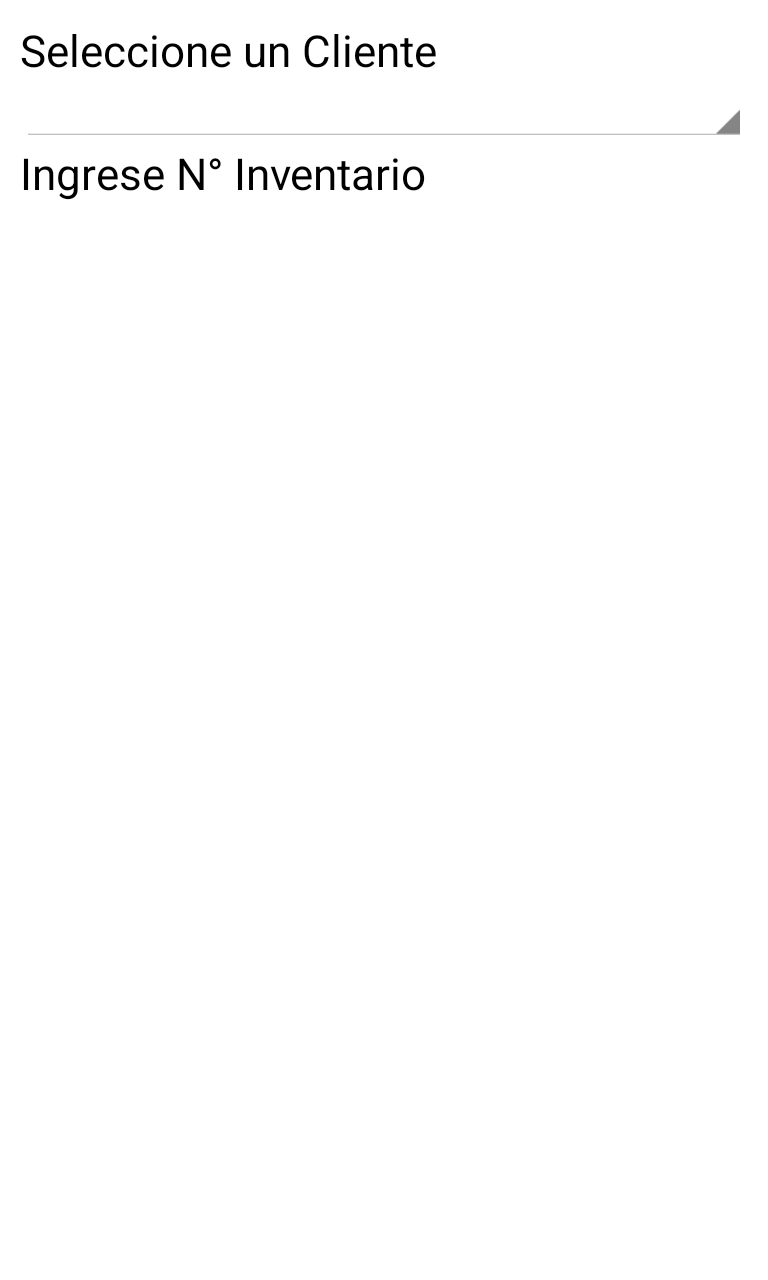
Repository: arodriguezp2003/aqandroid
Layout: BlueFlameWMS/res/layout/seleccioncliente.xml
The author's editor kept a copy of each file at every save. The layout is drawn from the files as they stood at one save, then again after the next save.
It is drawn on a 768 x 1280 px phone screen (xhdpi) without system bars, with theme AppTheme; the app's code is not run.

Above is the layout before, as saved 2014-06-20 18:54:35.

### BlueFlameWMS/res/layout/seleccioncliente.xml
<?xml version="1.0" encoding="utf-8"?>
<LinearLayout xmlns:android="http://schemas.android.com/apk/res/android"
    android:layout_width="match_parent"
    android:layout_height="match_parent"
    android:orientation="vertical"
    android:padding="10dp" >

  <TextView android:layout_width="fill_parent"

        android:layout_height="wrap_content"
       android:textAppearance="?android:attr/textAppearanceLarge"
        android:text="Seleccione un Cliente"/>

    <Spinner android:id="@+id/spinClientes"
        android:layout_width="fill_parent"
        android:layout_height="wrap_content"/>

    <TextView android:layout_width="fill_parent"

        android:layout_height="wrap_content"
       android:textAppearance="?android:attr/textAppearanceLarge"
        android:text="Ingrese N° Inventario"/>

</LinearLayout>

Loaded but not shown: BlueFlameWMS/res/values/styles.xml (common file); BlueFlameWMS/res/values-v11/styles.xml (common file); BlueFlameWMS/res/values-v14/styles.xml (common file)

After the next save:
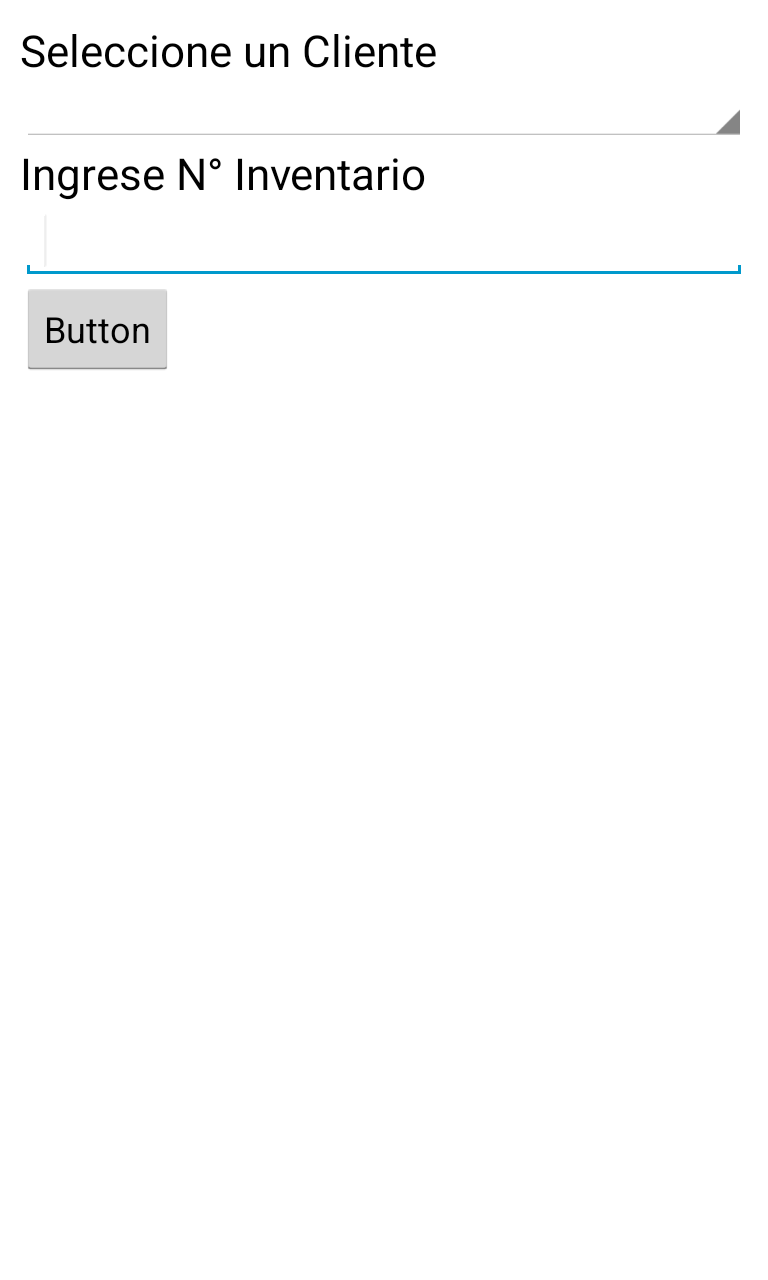
Saved 36 s later.
--- a/BlueFlameWMS/res/layout/seleccioncliente.xml
+++ b/BlueFlameWMS/res/layout/seleccioncliente.xml
@@ -21,4 +21,20 @@
        android:textAppearance="?android:attr/textAppearanceLarge"
         android:text="Ingrese N° Inventario"/>
 
+    <EditText
+        android:id="@+id/editText1"
+        android:layout_width="match_parent"
+        android:layout_height="wrap_content"
+        android:ems="10"
+        android:inputType="number" >
+
+        <requestFocus />
+    </EditText>
+
+    <Button
+        android:id="@+id/button1"
+        android:layout_width="wrap_content"
+        android:layout_height="wrap_content"
+        android:text="Button" />
+
 </LinearLayout>
